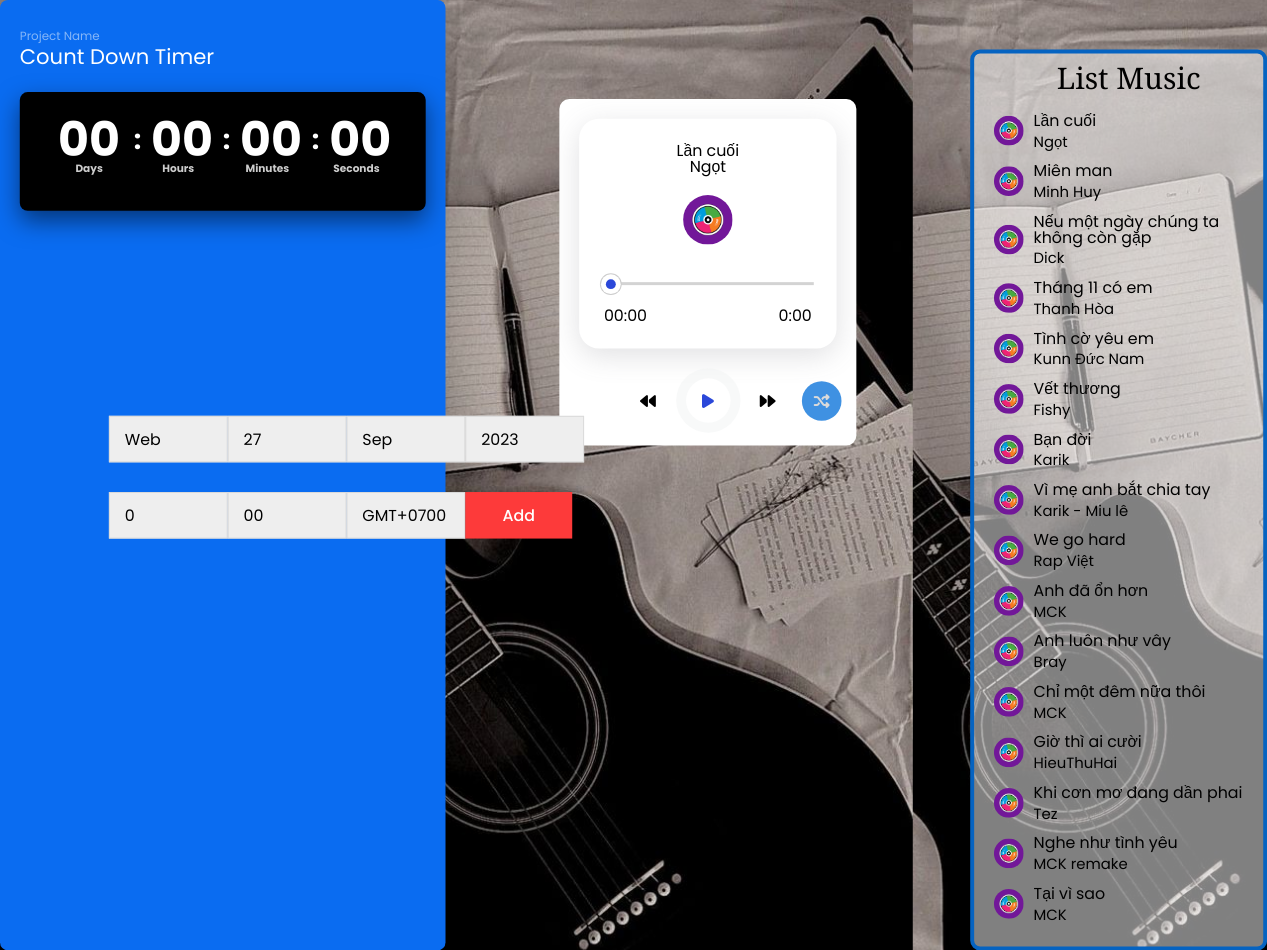
Repository: thuanpham00/CountDownTimer
Page: index.html
An editor plug-in stored every save of this project. The page is shown before and after a run of saves, followed by the edit.
The browser window is 1280 px wide. The pictures show the whole page, at 99% of full size.
Backgrounds fixed to the window are drawn as part of the page. Some web libraries are served in a nearby version. The style sheet was rebuilt from its Sass, Less or Tailwind sources for each picture, by a compiler version that may differ from the author's.

Above is the page before, as saved 2023-10-12 22:36:43.

After the next 2 saves:
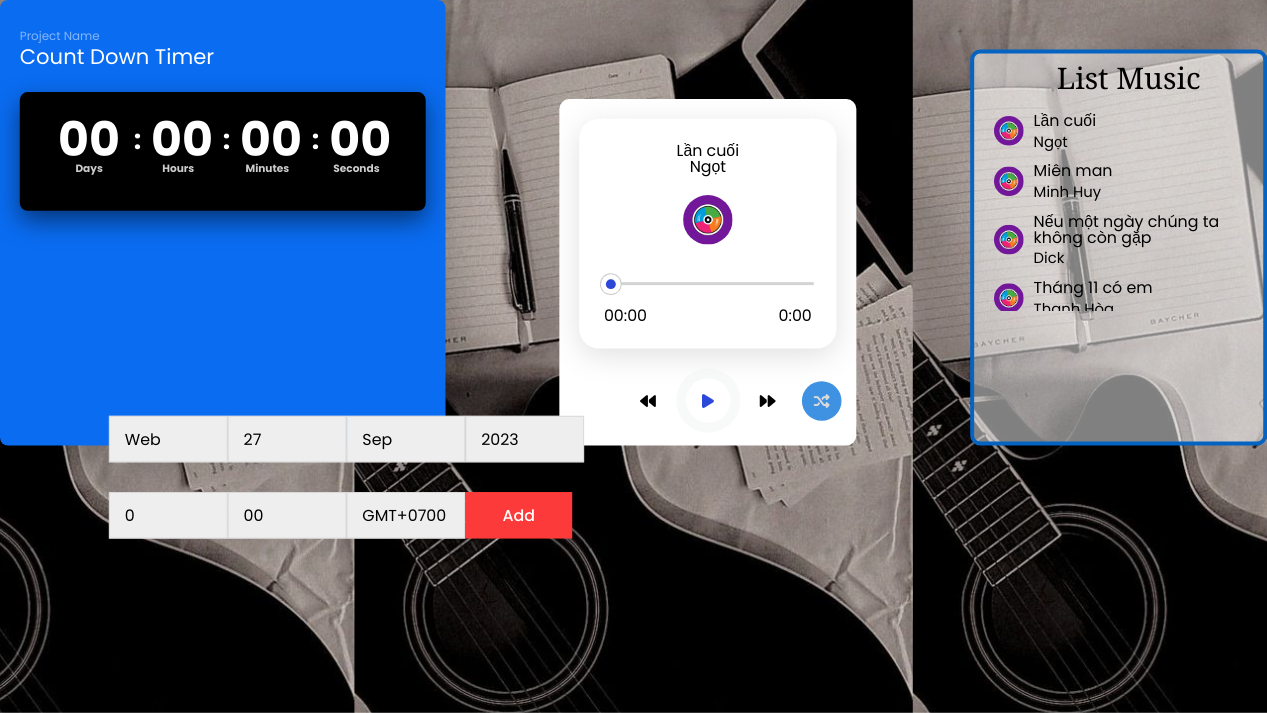
The 2 saves are shown as one change because they came seconds apart.
The last was saved 19 s later.
--- a/scss/main.scss
+++ b/scss/main.scss
@@ -303,7 +303,7 @@ body {
         }
 
         &__wrapper {
-            // max-height: 500px;
+            max-height: 200px;
             overflow-y: scroll;
         }
 
